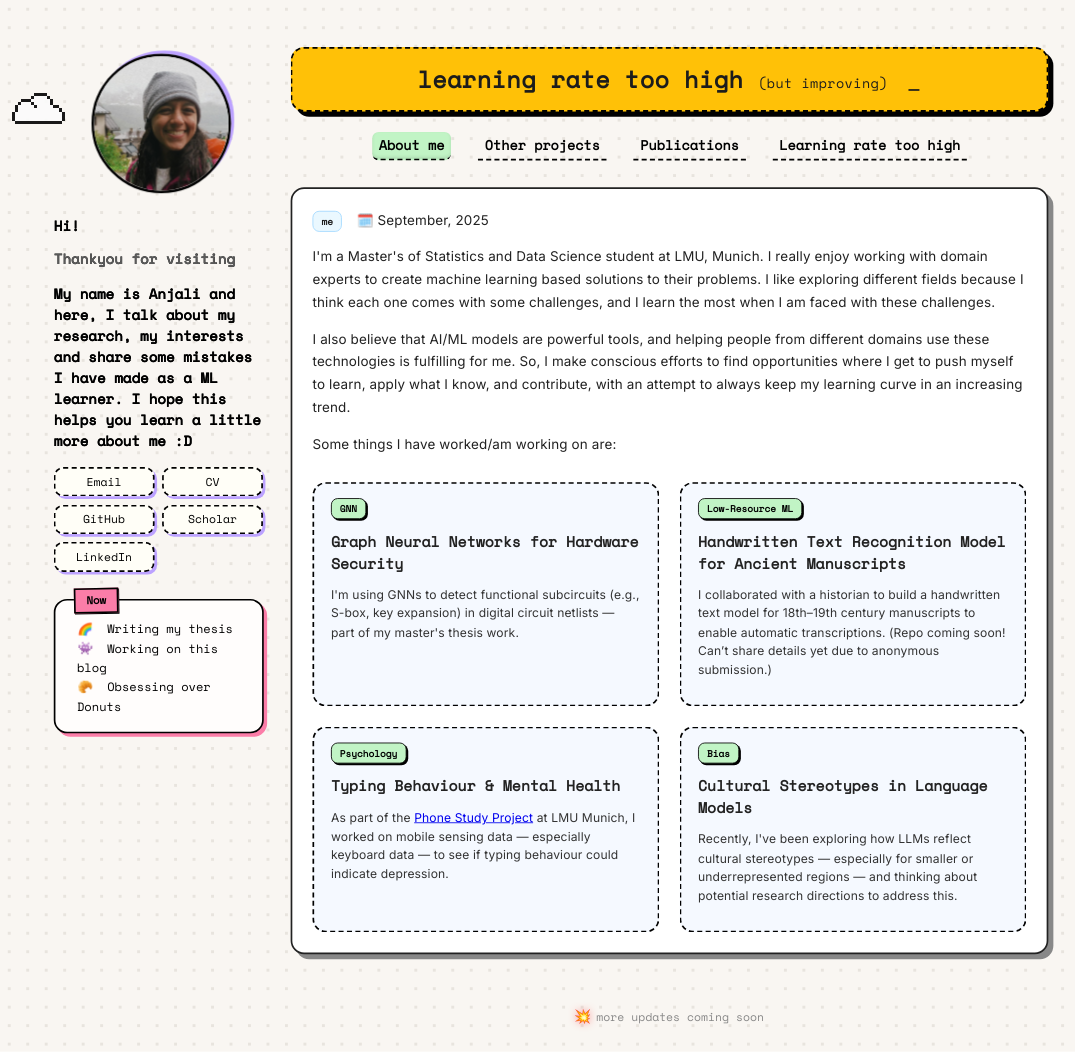
Repository: anjalisarawgi/learning_rate_too_high
Page: index.html
An editor plug-in stored every save of this project. The page is shown before and after the next save, followed by the edit.
The browser window is 1280 px wide. The pictures show the whole page, at 84% of full size.

Above is the page before, as saved 2025-11-04 16:50:08.

After the next save:
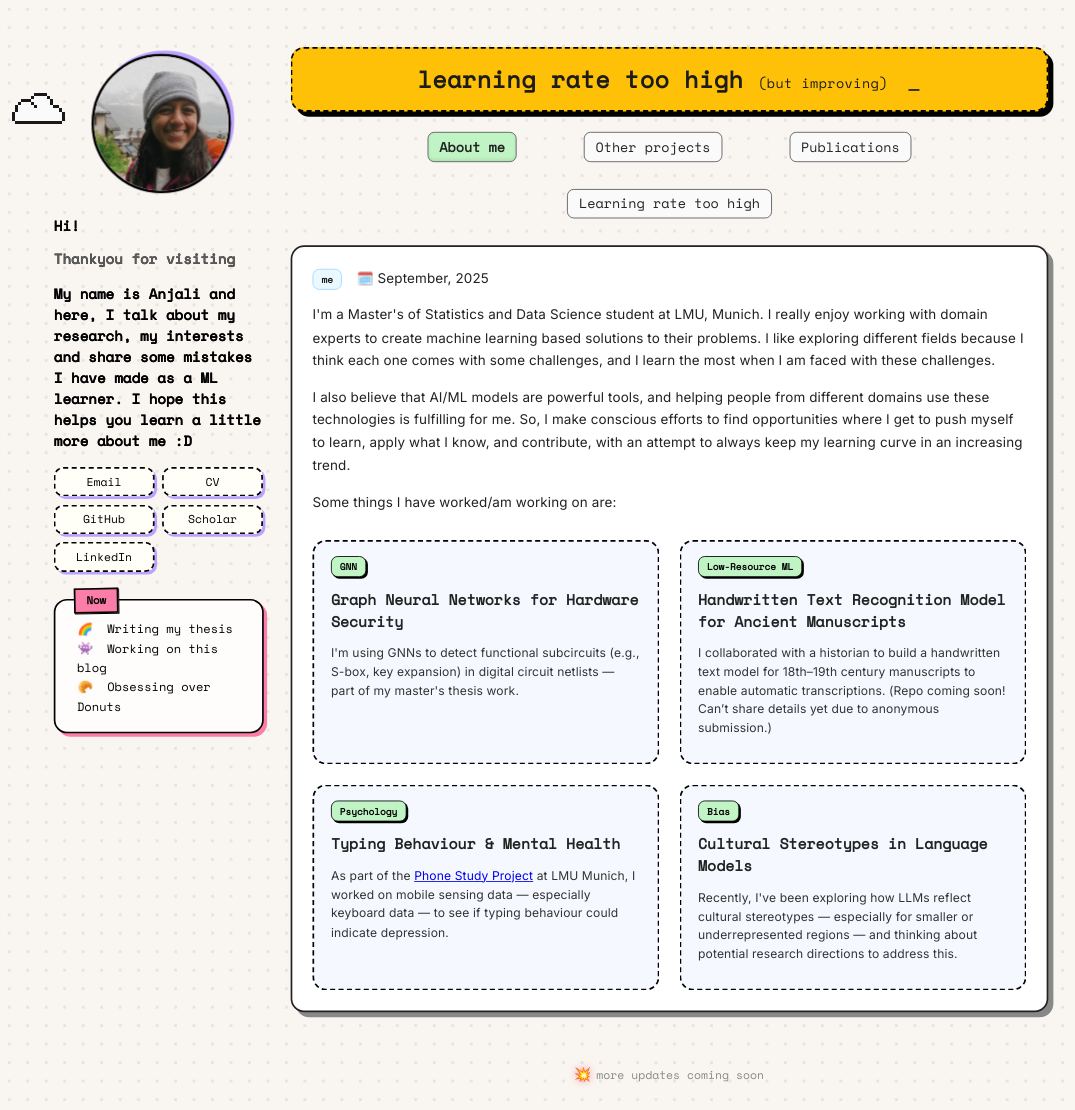
Saved 28 s later.
--- a/index.html
+++ b/index.html
@@ -64,19 +64,23 @@
     }
 
     nav a {
+  display: inline-block;
+  margin: 0 1.5rem;
+  padding: 0.3rem 0.8rem;
+  border: 1.5px solid #555;
+  border-radius: 8px;
+  font-family: 'Space Mono', monospace;
+  color: #222;
+  background: #fafafa;
   text-decoration: none;
-  color: #000;
-  font-weight: bold;
-  border-bottom: 2px dashed #000;
-  padding: 0.25rem 0.5rem;
   transition: all 0.2s ease;
 }
 
 nav a:hover {
-  background: #A9E6AE; /* slightly darker green */
-  border-radius: 0.5rem;
-  transform: scale(1.05);
-}
+  background: #f4e285; /* light yellow hover */
+  border-color: #222;
+}
+
 
 nav a.active {
   background: #C1F4C5; /* light green */
